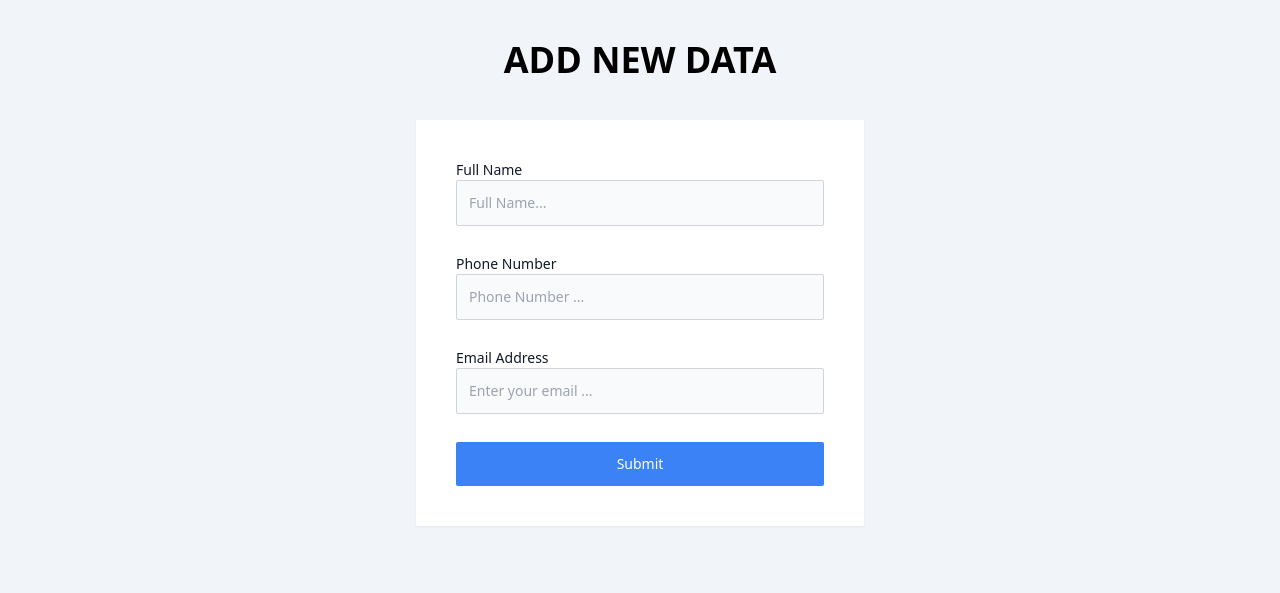
Repository: KilluaProject/crud-nextjs14
Page: /contacts/create
These files come from the project's save history. The page is drawn as it stood at one moment and after the next save; the edit follows.
The browser window is 1280 px wide. The pictures show the whole page.
The project was rebuilt for these pictures with package versions that can differ from the ones it lists, and the page was loaded fresh each time. The framework's server and built-in components were replaced by stand-ins that run in the browser. Also part of the build but not shown: next.config.mjs.

Above is the page before, as saved 2024-06-30 14:57:20.

After the next save:
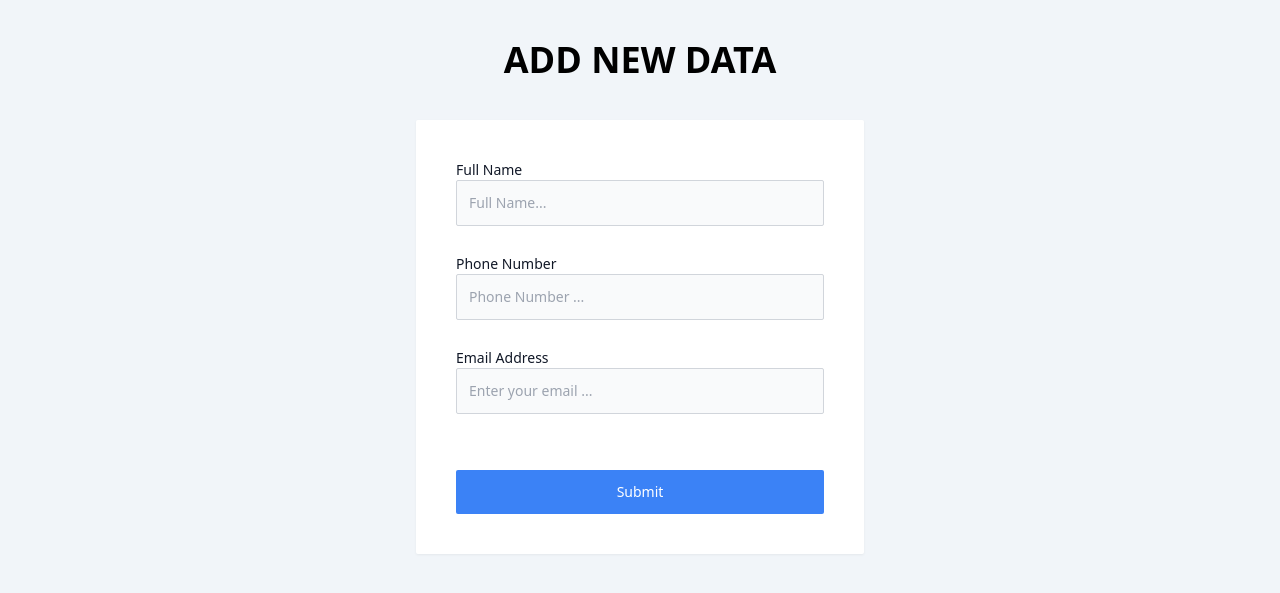
Saved 3 min 6 s later.
--- a/components/CreateForm.tsx
+++ b/components/CreateForm.tsx
@@ -31,6 +31,9 @@ const CreateForm = () => {
             <p className='mt-2 text-sm text-red-500'>{state?.Error?.email}</p>
           </div>
         </div>
+        <div id='message-error' aria-live='polite' aria-atomic='true'>
+            <p className='mt-2 text-sm text-red-500'>{state?.message}</p>
+        </div>
 
         <button type='submit' className='text-white bg-blue-500 hover:bg-blue-800 font-medium rounded-sm text-sm w-full py-3 px-5'>Submit</button>
       </form>
